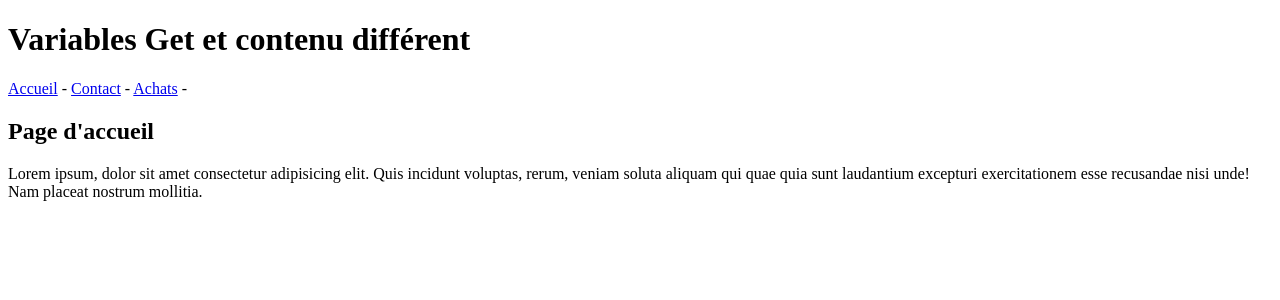
Repository: vicfir/base-php-2021
Page: http://localhost/11-variable-get-if.php?idpage=1
The author's editor kept a copy of each file at every save. The page is drawn from the files as they stood at one save, then again after the next save.
The browser window is 1280 px wide. The pictures show the whole page.
The page is run by PHP 8.4 with error messages shown; the project is at /var/www/html/.

Above is the page before, as saved 2021-09-03 12:20:45.

After the next save:
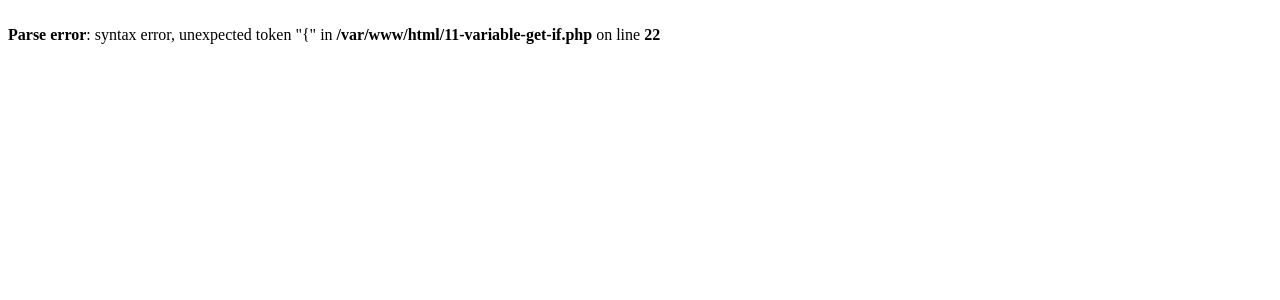
Saved 61 s later.
--- a/11-variable-get-if.php
+++ b/11-variable-get-if.php
@@ -18,9 +18,10 @@
 
 if(isset($_GET['idpage'])){
 
-if($_GET['idpage']==1){
+switch($_GET['idpage']){
+    case "1"{
     $title = $pages[1]["titre"];
-    $texte = $pages[1]["texte"];
+    $texte = $pages[1]["texte"];}
 } // ... sinon si
 
 // page d'accueil par défaut

After the save that followed:
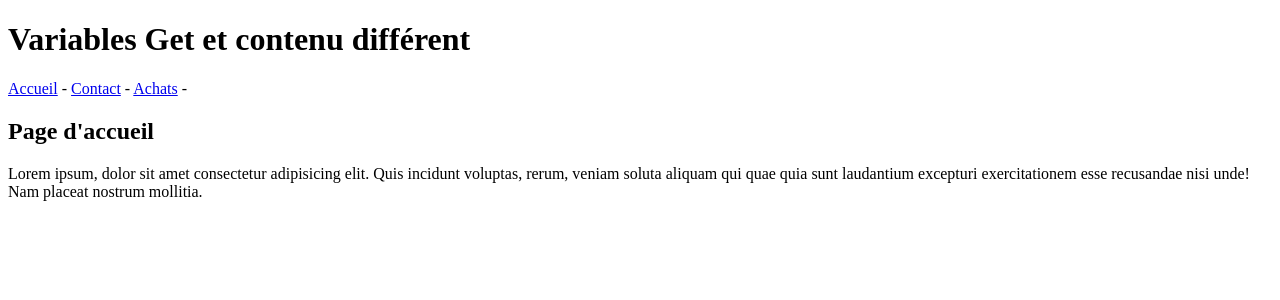
Saved 32 s later.
--- a/11-variable-get-if.php
+++ b/11-variable-get-if.php
@@ -16,16 +16,17 @@
 
 ];
 
-if(isset($_GET['idpage'])){
+if (isset($_GET['idpage'])) {
 
-switch($_GET['idpage']){
-    case "1"{
-    $title = $pages[1]["titre"];
-    $texte = $pages[1]["texte"];}
-} // ... sinon si
+    switch ($_GET['idpage']) {
+        case "1":
+            $title = $pages[1]["titre"];
+            $texte = $pages[1]["texte"];
+            break;
+    } // ... sinon si
 
-// page d'accueil par défaut
-}else{
+    // page d'accueil par défaut
+} else {
     $title = $pages[1]["titre"];
     $texte = $pages[1]["texte"];
 }
@@ -33,16 +34,19 @@
 ?>
 <!DOCTYPE html>
 <html lang="en">
+
 <head>
     <meta charset="UTF-8">
     <meta http-equiv="X-UA-Compatible" content="IE=edge">
     <meta name="viewport" content="width=device-width, initial-scale=1.0">
     <title>Variables Get et contenu différent</title>
 </head>
+
 <body>
     <h1>Variables Get et contenu différent</h1>
     <nav><a href="?idpage=1">Accueil</a> - <a href="?idpage=2">Contact</a> - <a href="?idpage=3">Achats</a> -</nav>
-    <h2><?=$title?></h2>
-    <p><?=$texte?></p>
+    <h2><?= $title ?></h2>
+    <p><?= $texte ?></p>
 </body>
+
 </html>
